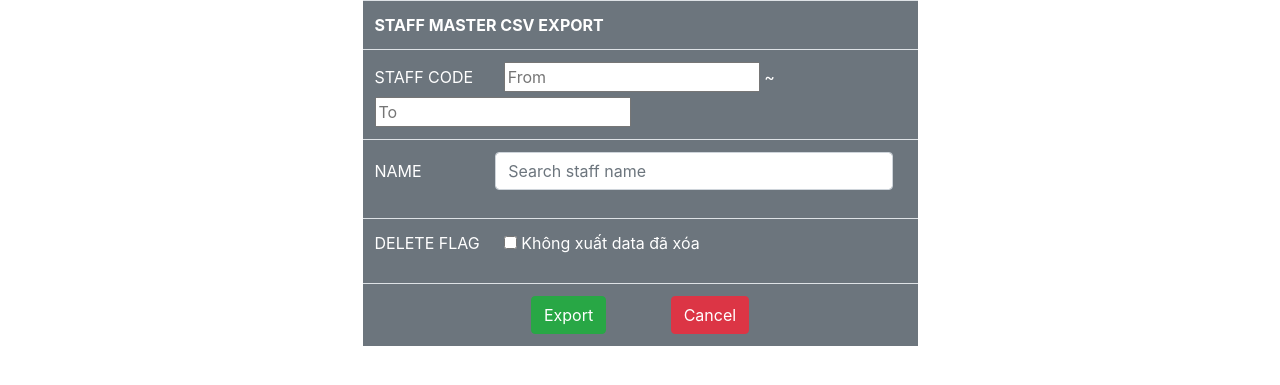
Repository: LocThanhBui/staff-management
Page: http://localhost/training-program-no02.php
An editor plug-in stored every save of this project. The page is shown before and after a run of saves, followed by the edit.
The browser window is 1280 px wide. The pictures show the whole page.
The page is run by PHP 8.4 with error messages shown; the project is at /var/www/html/.

Above is the page before, as saved 2022-06-21 17:04:51.

After the next 2 saves:
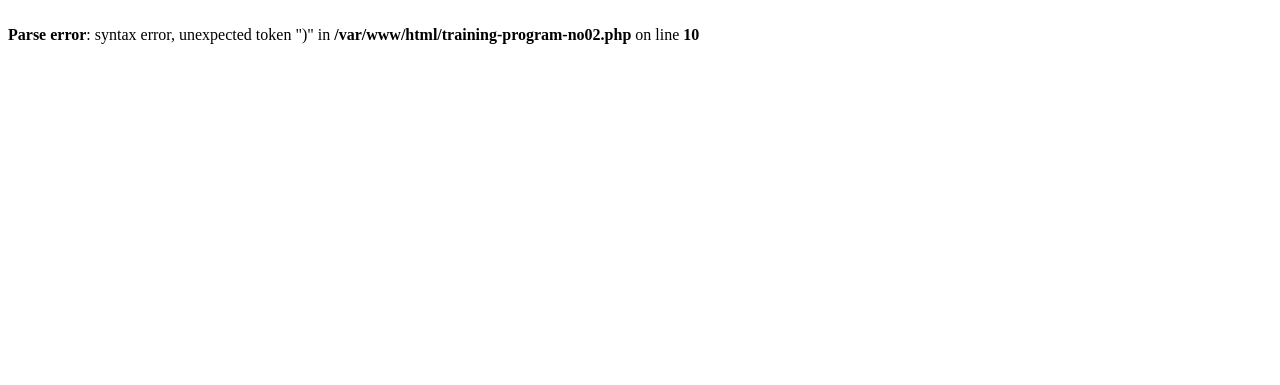
The 2 saves are shown as one change because they came seconds apart.
The last was saved 8 s later.
--- a/training-program-no02.php
+++ b/training-program-no02.php
@@ -7,6 +7,7 @@ if ($_SERVER["REQUEST_METHOD"] == "POST") {
     $code_2 = $_POST['code_2'];
     if($code_1 > $code_2) {
       // echo '<script type="text/javascript"> alert("Staff code bị trùng lặp, vui lòng nhập lại!") </script>';
+      echo()
     }
   }
   if (isset($_POST['id_code_1'])) {
